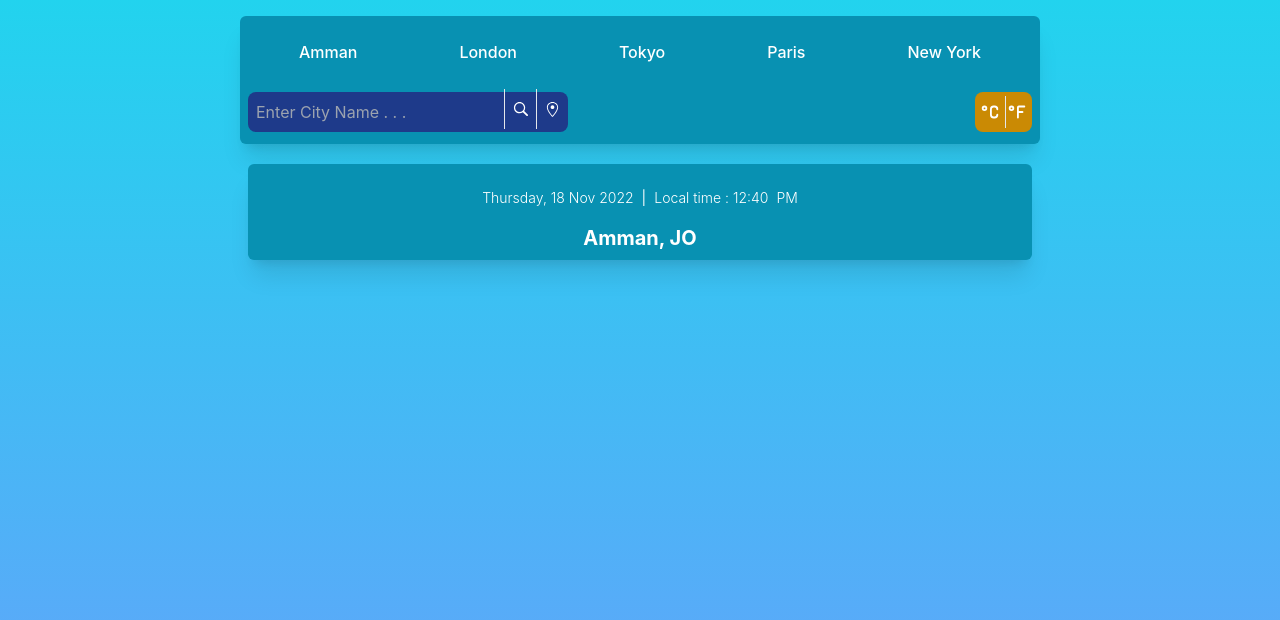
Repository: SaadYasin/next-js-forecast-tailwind
Page: /
The author's editor kept a copy of each file at every save. The page is drawn from the files as they stood at one save, then again after the next save.
The browser window is 1280 px wide. The pictures show the whole page.
The project was rebuilt for these pictures with package versions that can differ from the ones it lists, and the page was loaded fresh each time. The framework's server and built-in components were replaced by stand-ins that run in the browser.

Above is the page before, as saved 2022-11-18 21:55:24.

### pages/index.js
import Head from 'next/head';
import TopButtons from '../components/TopButtons';
import Input from '../components/Input';
import MainCard from '../components/MainCard';

export default function Home() {
  return (
    <div>
      <Head>
        <title>Create Next App</title>
      </Head>
      <div className="bg-gradient-to-b from-cyan-400 to-blue-400 h-screen py-4">
        <div className="text-white w-[23rem] md:w-3/4 lg:w-[50rem] bg-cyan-600 h-32 mx-auto px-2 rounded-md shadow-xl">
          <TopButtons />

          <Input />

          <MainCard />
        </div>
      </div>
    </div>
  );
}

### styles/globals.css
@tailwind base;
@tailwind components;
@tailwind utilities;

* {
  padding: 0;
  margin: 0;
  box-sizing: border-box;
}

html,
body {
  font-family: -apple-system, BlinkMacSystemFont, Segoe UI, Roboto, Oxygen,
    Ubuntu, Cantarell, Fira Sans, Droid Sans, Helvetica Neue, sans-serif;
}

### components/TopButtons.js
const TopButtons = () => {

  const cities = [
    {
      id: 1,
      name: "Amman"
    },
    {
      id: 2,
      name: "London"
    },
    {
      id: 3,
      name: "Tokyo"
    },
    {
      id: 4,
      name: "Paris"
    },
    {
      id: 5,
      name: "New York"
    },
  ]

  return (
    <div className="flex items-center justify-around ">
      { cities.map((city) => (
        <button key={city.id} className="text-md font-medium my-6">{ city.name }</button>
      ))}
    </div>

  )
};

export default TopButtons;

### components/Input.js
import { GoSearch, GoLocation } from 'react-icons/go';
import { TbTemperatureCelsius, TbTemperatureFahrenheit } from 'react-icons/tb';

const Input = () => {

  return (
    <div className="flex items-center justify-between mt-1">
      <form className="flex items-center rounded-lg bg-blue-900 h-10">
        <input type="text" placeholder="Enter city name . . ." className="bg-transparent focus:outline-none pl-2 capitalize"/>

        <div>
        <button className="px-2 border-l h-10 transition ease-out hover:bg-yellow-600"><GoSearch size={15}/></button>
        <button className="px-2 border-l h-10 transition ease-out hover:bg-yellow-600"><GoLocation size={15}/></button>
        </div>

        </form>

        <div className="flex font-medium text-md bg-yellow-600 h-10 rounded-lg p-1">
        <button  name="metric" className="border-r pr-1"><TbTemperatureCelsius size={22} /></button>
        <button name="imperial" ><TbTemperatureFahrenheit size={22}/></button>
        </div>
    </div>

  )
}

export default Input;

### components/MainCard.js
import TimeAndDate from './TimeAndDate'
import Location from './Location';

const MainCard = () => {

  return (
    <div className="flex">

    <div className="text-white mx-auto w-[23rem] md:w-3/4 lg:w-[50rem] bg-cyan-600 h-max-content p-2 mt-8 rounded-md shadow-xl">
      <TimeAndDate />
      <Location />

      </div>
    </div>


  )
};

export default MainCard;

### components/TimeAndDate.js
const TimeAndDate = () => {
  return (
    <div className="flex justify-center gap-2 px-4 pt-4 text-sm">
      <h3 className="font-light">Thursday, 18 Nov 2022</h3>
      <p>|</p>
      <h3 className="font-light">
        Local time : 12:40<span className="ml-2">PM</span>
      </h3>
    </div>
  );
};

export default TimeAndDate;

### components/Location.js
const Location = () => {

  return (
    <div>
      <h1 className="text-center mt-4 text-xl font-bold">Amman, JO</h1>
    </div>

  )
};

export default Location;

Loaded but not shown: pages/_app.js (common file); tailwind.config.js (common file)

After the next save:
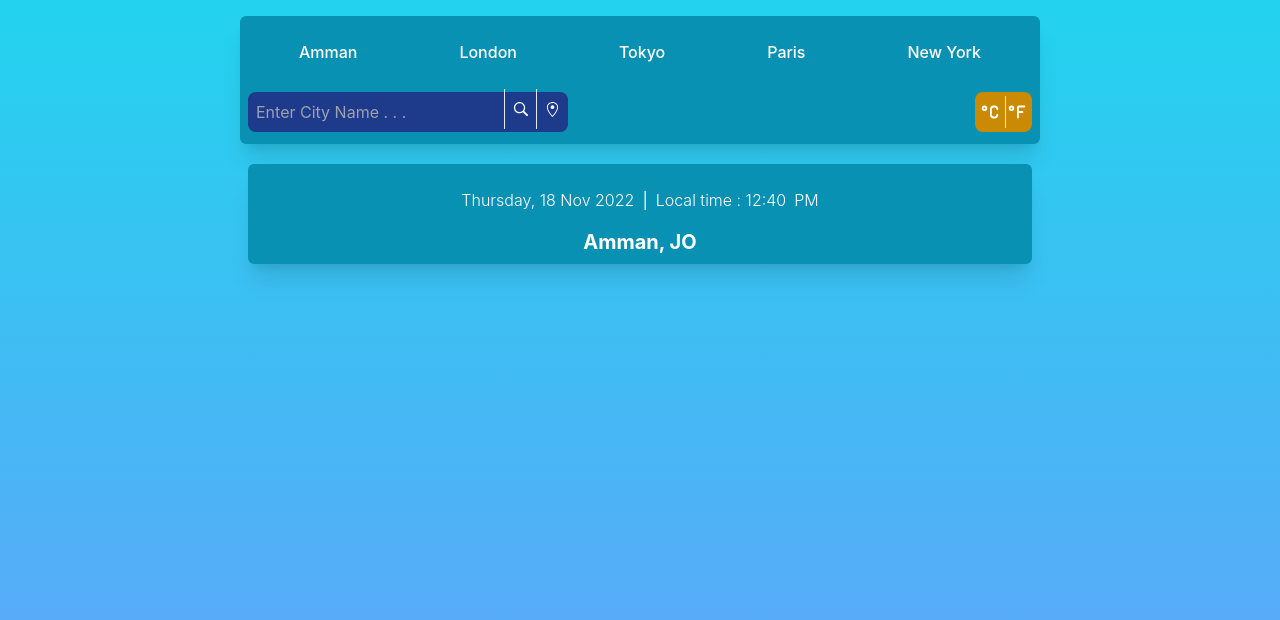
Saved 56 s later.
--- a/components/TimeAndDate.js
+++ b/components/TimeAndDate.js
@@ -1,6 +1,6 @@
 const TimeAndDate = () => {
   return (
-    <div className="flex justify-center gap-2 px-4 pt-4 text-sm">
+    <div className="flex justify-center gap-2 px-4 pt-4 text-base">
       <h3 className="font-light">Thursday, 18 Nov 2022</h3>
       <p>|</p>
       <h3 className="font-light">
